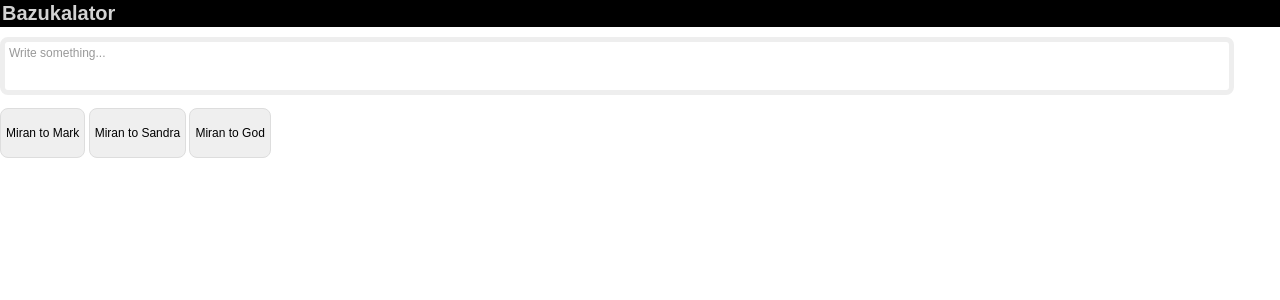
Repository: mbadzak/bazukalator
Page: Bazukalator/assets/www/index.html
The author's editor kept a copy of each file at every save. The page is drawn from the files as they stood at one save, then again after the next save.
The browser window is 1280 px wide. The pictures show the whole page.

Above is the page before, as saved 2012-10-14 06:00:05.

### Bazukalator/assets/www/index.html
<!DOCTYPE HTML>
<html>
<head>
<title>Hello World</title>
<script type="text/javascript" charset="utf-8" src="cordova-2.1.0.js"></script>
<script type="text/javascript" src="jquery.min.js"></script>
<script type="text/javascript" src="jquery.autosize-min.js"></script>
<script type="text/javascript" src="utl.js"></script>

<link type="text/css" href="style.css" rel="stylesheet">
<style>
.lang_button {
  height: 50px;
  padding: 5px;
}
.post_box {
  padding: 5px;
  position: relative;
  top: 1px;
}
body {
  background-image: none;
}
.this_page {
  text-align: left;
  background-size: 100%;
  background-attachment: fixed;
  background-repeat: repeat-x;
}
</style>

</head>
<body>


<script type="text/javascript">
    var orig_text = "";
</script>
<div class="this_page">
  <div class="generic_heading" style="color: lightgray; background: black; padding: 2px;">
    Bazukalator
  </div>
  <div style="margin-top: 10px; text-align: left;">
    <textarea name="msg"
              id="msg"
              onFocus="utl_clear_text_field(this, 'Write something...');"
              class="generic_box"
              style="width: 95%; height: 40px; border: 5px solid #eeeeee; z-index: 1;"
              autocomplete="off">Write something...</textarea>
  </div>
  <div style="margin-top: 10px;">
    <input type="button"
           id="btn_submit1"
           class="lang_button"
           value="Miran to Mark">
    <input type="button"
           id="btn_submit2"
           class="lang_button"
           value="Miran to Sandra">
    <input type="button"
           id="btn_submit3"
           class="lang_button"
           value="Miran to God">
  </div>

  <div id="post" style="margin: 20px 0px 0px 5px; text-align: left; display: none; ">
    <div style="float: left; clear: both; width: 50%; font-size: 11px;">
      <input type="radio"
           id="post_facebook"
           class="post_box"
           checked="checked"
           value="Post to Facebook">
           <img class="button_img img_norad" src="img/fb-icon.png" width="15" height="15">
           Facebook
    </div>
    <div style="float: left; width: 50%; font-size: 11px;">
      <input type="radio"
           id="post_twitter"
           class="post_box"
           checked="checked"
           value="Post to Facebook">
           <img class="button_img img_norad" src="img/twitter-icon.png" width="15" height="15">
           Twitter
    </div>
  </div>
  <div id="post2" style="display: none; margin-top: 55px; margin-left: 0px;">
      <input type="button" value="Post" style="padding: 5px;">
  </div>
</div>
<script type="text/javascript">
    $("#btn_submit1").click(function() { submit(1); });
    $("#btn_submit2").click(function() { submit(2); });
    $("#btn_submit3").click(function() { submit(3); });

    function submit(lang) {
        if (orig_text == "")
            orig_text = $("#msg").val();

        var req = orig_text;
        if (req == "")
            return;

        $.post("http://localhost:8080/index.php/translator/svc",
              { req: req, lang: lang },
              function(data) {
             	$("#msg").val(data);
                $("#post").css("display", "block");
                $("#post2").css("display", "block");
              }
        );
    }

    function reset()
    {
    	$('#msg').val('');
        orig_text = "";
        $("#post").css("display", "none");
        $("#post2").css("display", "none");
    }

</script>

</body>
</html>

### Bazukalator/assets/www/jquery.autosize-min.js
// Autosize 1.7 - jQuery plugin for textareas
// (c) 2011 Jack Moore - jacklmoore.com
// license: www.opensource.org/licenses/mit-license.php
(function(a,b){var c="hidden",d='<textarea style="position:absolute; top:-9999px; left:-9999px; right:auto; bottom:auto; box-sizing:content-box; word-wrap:break-word; height:0 !important; min-height:0 !important; overflow:hidden">',e=["fontFamily","fontSize","fontWeight","fontStyle","letterSpacing","textTransform","wordSpacing"],f="oninput",g="onpropertychange",h=a(d)[0];h.setAttribute(f,"return"),a.isFunction(h[f])||g in h?a.fn.autosize=function(b){return this.each(function(){function p(){var a,b;m||(m=!0,j.value=h.value,j.style.overflowY=h.style.overflowY,j.style.width=i.css("width"),j.scrollTop=0,j.scrollTop=9e4,a=j.scrollTop,b=c,a>l?(a=l,b="scroll"):a<k&&(a=k),h.style.overflowY=b,h.style.height=h.style.minHeight=h.style.maxHeight=a+o+"px",setTimeout(function(){m=!1},1))}var h=this,i=a(h).css({overflow:c,overflowY:c,wordWrap:"break-word"}),j=a(d).addClass(b||"autosizejs")[0],k=i.height(),l=parseInt(i.css("maxHeight"),10),m,n=e.length,o=i.css("box-sizing")==="border-box"?i.outerHeight()-i.height():0;l=l&&l>0?l:9e4;while(n--)j.style[e[n]]=i.css(e[n]);a("body").append(j),g in h?f in h?h[f]=h.onkeyup=p:h[g]=p:h[f]=p,a(window).resize(p),i.bind("autosize",p),p()})}:a.fn.autosize=function(){return this}})(jQuery);

### Bazukalator/assets/www/utl.js
String.prototype.trim = function() {
    return this.replace(/^\s+|\s+$/g, "");
};
String.prototype.trim_newline = function() {
	return this.replace(/(\r\n|\n|\r)/gm,"");
};

/*
 * utl_clear_text_field
 * IN	field	field to clear
 */
function utl_clear_text_field(field, init_value) {
	if (field.value.toString() == init_value.toString())
		field.value = "";
	field.style.color = "#000000";
	field.style.background = "#FFFFFF";
}

function utl_clear_text_field_id(id, init_value)
{
	var field = document.getElementById(id);
	return utl_clear_text_field(field, init_value);
}

function utl_clear_password_field(disp_p, real_p) {
	var dp = document.getElementById(disp_p);
	var rp = document.getElementById(real_p);
	dp.style.display = "none";
	rp.style.display = "inline";

	rp.focus();
}

function utl_reset_password_field(disp_p, real_p) {
	var dp = document.getElementById(disp_p);
	var rp = document.getElementById(real_p);
	if (rp.value == "") {
		dp.style.display = "inline";
		rp.style.display = "none";
		dp.value = "Password";
	}
}

function utl_reset_text_field(field, value) {
	if (field.value == "") {
		field.value = value;
		field.style.color = "#999999";
	}
}

function utl_focus(id)
{
	var elem = document.getElementById(id);
	elem.focus();
}

function utl_is_int(a)
{
	return parseInt(a, 10) === a;
}
function utl_handle_enter(field, event)
{
	if (event.keyCode == 13) {
		$(field).closest('form').submit();
		return false;
	}
	return true;
}

/**
 * @deprecated use jquery plugin instead
 * @param field
 * @param event
 * @param max_per_line
 */
function utl_expand_texarea_as_you_go(field, event, max_per_line)
{
	var chars = field.value.length;
	var rows = chars / max_per_line;
	var newline_count;
	var total_size = 18;
	var modified = false;

	if (chars == 0) return;

	newline_count = (field.value.split('\n')).length - 1;

	if (utl_is_int(rows))
	{
		total_size += (rows * 12);
		modified = true;
	}

	if (newline_count > 0) {
		total_size += (newline_count * 16);
		modified = true;
	}

	if (modified)
		field.style.height = total_size + "px";
}

/*
 * utl_toggle_visibility
 * IN	field	field to clear
 */
function utl_toggle_visibility(field) {
	var fl = document.getElementById(field);
	fl.style.display = (fl.style.display == "block") ? "none" : "block";
}

/*
 * utl_toggle_visibility
 * IN	field	field to show
 */
function utl_show_field(field) {
	var fl = document.getElementById(field);
	if (fl == null)
		return;
	fl.style.display = "block";
}

function utl_hide_field(field) {
	var fl = document.getElementById(field);
	if (fl == null)
		return;
	fl.style.display = "none";
}

function utl_show_obj(obj)
{
	obj.style.display = "block";
}
function utl_hide_obj(obj)
{
	obj.style.display = "none";
}


function generate_uuid()
{
	/* credit: http://stackoverflow.com/questions/105034/how-to-create-a-guid-uuid-in-javascript */
	var uuid = 'xxxxxxxx-xxxx-4xxx-yxxx-xxxxxxxxxxxx'.replace(/[xy]/g, function(c) {
	    var r = Math.random()*16|0, v = c == 'x' ? r : (r&0x3|0x8);
	    return v.toString(16);
	});

	return uuid;
}

### Bazukalator/assets/www/style.css
* {
	font-family: Arial, Geneva, Helvetica, sans-serif;
	font-size: 12px;
	outline-width: 0px;
}
body {
 	margin: 0px;
 	text-align: center;
}
textarea {
	resize: none;
}
textarea, select,
input {
	border: 1px solid #DDD;
	-moz-border-radius: 8px;
  	-webkit-border-radius: 8px;
  	border-radius: 8px;
  	behavior: url(../../../pie/PIE.php);
}
select {
	border: 1px solid #DDD;
}

.browse_image_button,
.generic_button,
.generic_button_cancel,
.loginbutton {
	font-size: 12px;
	background-color: #22370B;
	color: #FFFFFF;
	text-decoration: none;
	padding: 4px 6px 4px 6px;
	border: 0px none;
	font-weight: bold;
	width: auto;
	overflow: visible;
	margin: 0px 0px 0px 0px;
	cursor: default;

	-moz-border-radius: 8px;
  	-webkit-border-radius: 8px;
  	border-radius: 8px;
  	behavior: url(../../../pie/PIE.php);

  	cursor: pointer;
}
.generic_button:hover {
	background-color: #6EA000;
}
.generic_button_cancel:hover {
	background-color: #ffffff;
}
<!--[if IE]>
<style>
.browse_image_button,
.generic_button,
.generic_button_cancel,
.loginbutton {
    width: 0px;
}
</style>
<![endif]-->

.loginbutton {
	width: 30px;
	padding: 0px;
}
.generic_button_cancel {
	color: #000000;
	background-color: #EFF5ED;
}
.browse_image_button {
	background-color: transparent;
	color: #000000;
	border: thin solid #20862F;
	height: 20px;
}

.generic_box,
.generic_box_blank,
.stallboxpost,
.stallboxpostreply,
.searchbox,
.loginbox,
.loginbox_selected {
	font-size: 12px;
	border: 1px solid #DDD;
	padding: 4px;
	margin: 0px;
	color: #999999;
}
.generic_box_blank {
	color: #000000;
}
.loginbox_selected {
	color: #000000;
}
.searchbox {
	border: 0px none;
	width: 135px;
}

.line {
	border-top-width: 1px;
	border-top-style: solid;
	border-top-color: #20862F;
}
.footer {
	clear: both;
	color: white;
	font-size: 12px;
}

.change_picture_link,
.more_teams_link,
.more_games_link,
.vertical_menu_link {
	text-decoration: none;
	border: 0px none;
	font-weight: bold;
	cursor: pointer;
}
.menu_link {
	cursor: pointer;
	padding: 10px;
	bottom: +10px;
	position: relative;
	font-weight: bold;
}
.more_games_link,
.more_teams_link {
	color: #1B7027;
}
.more_games_link {
	margin-bottom: 20px;
}
.vertical_menu_link {
	width: 150px;
	float: left;
}
.change_picture_link {
	font-size: 10px;
	width: 95px;
}
.field_name {
	font-size: 12px;
	color: #000000;
}
.home_sport_listing {
	font-size: 12px;
	color: #000000;
	font-weight: none;
}
.generic_heading,
.user_heading {
	font-size: 20px;
	font-weight: bold;
}

.generic_subheading,
.item_descriptor,
.team_subheading,
.user_subheading {
	font-size: 12px;
	font-weight: bold;
	color: #777777;
}
.user_subheading {
	font-size: 14px;
}
.menu_item_img {
	position:relative;
	bottom:-3px;
	left: -2px;

}
.menu_item {
	padding-left: 10px;
	padding-right: 10px;
	padding-top: 4px;
	padding-bottom: 4px;
	float: left;
	-moz-border-radius: 8px;
	-webkit-border-radius: 8px;
	border-radius: 8px;
	behavior: url(../../../pie/PIE.php);
}
.button_img {
	position:relative;
	bottom:-2px;
	left: -0px;
}
h3,
h1 {
	font-size: 18px;
	font-weight: bold;
}
h3 {
	color: #CCCCCC;
}
h2 {
	font-size: 12px;
}
.small_instructions {
	font-size: 10px;
	color: gray;
}

.team_standings_entry_small {
	font-size: 10px;
	color: #777777;
	font-weight: normal;
}
.stall {
	border-top-width: 0;
	/* border-right-width: thin; */
	border-top-style: solid;
	/* border-right-style: solid; */
	border-top-color: #CCCCCC;
	border-left-width: 0;
	border-left-style: solid;
	border-left-color: #CCCCCC;
}
.league_stats {
	border-top-width: 0px;
	/* border-right-width: thin; */
	border-top-style: solid;
	/* border-right-style: solid; */
	border-top-color: #CCCCCC;
	/* border-right-color: #CCCCCC; */
}
.team_standings_heading,
.team_standings_entry {
	font-size: 12px;
	text-align: center;
}
.team_standings_heading {
	font-weight: bold;
	float: left;
	width:40px;
	height:30px;
}

/*
 * Team and league display headings
 */
.team_upcoming_heading,
.team_results_heading {
	font-weight: bold;
	width: 420px;
	height: 20px;
	clear: both;
	margin-bottom: 5px;
	font-size: 14px;
	text-align: center;
}

.team_results_entry,
.team_upcoming_entry {
	font-size: 12px;
	width: 181px;
	float: left;
}

.team_upcoming_vs {
	font-weight: bold;
	font-size: 18px;
	width: 58px;
	float: left;
	position: relative;
	bottom: +5px;
}
.team_results_score {
	font-weight: bold;
	font-size: 18px;
	width: 25px;
	position: relative;
	bottom: +4px;
}

.team_standings_rank {
	font-weight: bold;
	font-size: 18px;
	clear: both;
	float: left;
	width: 30px;
	height: 30px;
	position: relative;
	bottom: +3px;
}

.team_standings_rank_small {
	font-weight: bold;
	font-size: 10px;
	bottom: 0px;
	clear: both;
	float: left;
	width: 30px;
	height: 30px;
	position: relative;
	top: 2px;
	color: gray;
}

.team_results_info,
.team_upcoming_info_att,
.team_upcoming_info {
	font-size: 10px;
	width: 420px;
}
.team_upcoming_info_att {
	margin: 0px auto;
	clear: both;
	margin-top: 5px;
	text-align: center;
}

/* **************************** */

.stallboxpost,
.stallboxpost_selected {
	border: 0px solid #DDDDDD;
	color: #666666;
	width: 473px;
    height: 15px;
    background: #EFF5ED;
}
.stallboxpost_selected {
	border: 4px solid #EFF5ED;
	width: 407px;
	font-size: 12px;

	-moz-border-radius: 8px;
	-webkit-border-radius: 8px;
	border-radius: 8px;
	behavior: url(../../../pie/PIE.php);

    background: #EFF5ED !important;

    overflow: hidden;
}
.stallboxpostreply,
.stallboxpostreply_selected {
	border: 0px;
	width: 100px;
	height: 15px;
	background: transparent;
	font-size: 11px;
	margin-left: 310px;
}
.stallboxpostreply_selected {
	width: 372px;
	border: 4px solid #EFF5ED;
	margin-left: 0px;
	-moz-border-radius: 8px;
	-webkit-border-radius: 8px;
	border-radius: 8px;
	behavior: url(../../../pie/PIE.php);

	background: #EFF5ED !important;

	overflow: hidden;

	margin-bottom: 10px;
}
#stallboxpost_thumb {
	width: 60px;
	float: left;
	display: none;
}

.stallpostreply,
.stallpost {
	background-color: #EFF5ED;
	text-align: left;

	-moz-border-radius: 8px;
	-webkit-border-radius: 8px;
	border-radius: 8px;
	behavior: url(../../../pie/PIE.php);
}
.stallpostreply_entry_hidden,
.stallpostreply_entry {
	clear: both;
	padding-top: 3px;
	padding-left: 60px;
}
.stallpostreply_entry_hidden {
	display: none;
}
.stallpostreply_entry_show {
	clear: both;
	padding: 2px;
	margin: 0px 0px 8px 60px;
	-moz-border-radius: 8px;
	-webkit-border-radius: 8px;
	border-radius: 8px;
	behavior: url(../../../pie/PIE.php);
	background: #EFF5ED;
	text-align: center;
	font-size: 10px;
	font-weight: bold;
	width: 150px;
	cursor: pointer;
	color: #1B7027;
}
.stallpostreply_entry_reply {
	clear: both;
	padding: 2px;
	margin: 0px 0px 8px 60px;
	-moz-border-radius: 8px;
	-webkit-border-radius: 8px;
	border-radius: 8px;
	behavior: url(../../../pie/PIE.php);
	background: #EFF5ED;
	text-align: center;
	font-size: 10px;
	font-weight: bold;
	width: 100px;
	cursor: pointer;
	color: #1B7027;
}

.miran {
	background: #EFF5ED !important;
	text-align: left;
	height: 25px;
	float: left;
	clear: both;
	margin-bottom: 10px;
	padding-top: 10px;

	-moz-border-radius: 8px;
	-webkit-border-radius: 8px;
	border-radius: 8px !important;
	behavior: url(../../pie/PIE.php) !important;
}
.stallpostreply {
	float: left;
	padding: 1px 8px 1px 8px;
	width: 356px;
	border-top-width: 0px;
	background: none;
}
.stallpost {
	float: left;
	padding: 3px 12px 3px 12px;
	width: 396px;
	margin-bottom: 5px;
}

.stallpost_delete {
	bottom: 0px;
	color: #FFFFFF !important;
	background: #22370B;
	padding: 0px 2px 0px 2px;
	margin-left: 8px;
	position: relative;
	left: 12px;
	-moz-border-radius: 8px;
	-webkit-border-radius: 8px;
	border-radius: 8px !important;
	behavior: url(../../pie/PIE.php) !important;
}

.stall_message_body_reply,
.stall_message_body {
	font-size: 11px;
	padding-top: 5px;
	padding-bottom: 5px;
	padding-right: 5px;
	width: 400px;
	overflow: hidden;
}
.stall_message_body_reply {
	width: 380px;
	padding-top: 0px;
}
.stall_message_descriptor_main,
.stall_message_descriptor {
	font-size: 10px;
	color: #777777;
	margin-bottom: 4px;
}
.stall_message_descriptor_main {
	float: left;
	position: relative;
	margin-right: 10px;
	top: +2px;
}
#stall_write_first {
	float: left;
	clear: both;
	position: relative;
	bottom: +4px;
}

.tab_first,
.tab_first_inactive {
	float: left;
	font-size: 13px;
	font-weight: bold;
	color: #FFFFFF;
	background-color: #385C12;
	padding-left: 14px;
	padding-right: 14px;
	padding-top: 4px;
	padding-bottom: 4px;
	margin-left: 8px;
	margin-right: 8px;
	text-align: center;
	vertical-align: middle;
	cursor: pointer;
	-moz-border-radius: 8px;
  	-webkit-border-radius: 8px;
  	border-radius: 8px;
  	behavior: url(../../../pie/PIE.php);
}
.tab_first_inactive {
	background-color: #EFF5ED;
	color: #000000;
}
.tab_menus {
	float: left;
	clear: both;
	padding-top: 5px;
}

.link,
a {
	font-weight: bold;
	color: #1B7027;
	text-decoration: none;
}

.name_link {
	color: #FFFFFF;
	text-decoration: none;
}
.off_link {
	color: #FFFFFF;
	text-decoration: none;
}

.error_text {
	color: #F33C21;
	font-weight: bold;
}

#error {
	color: #F33C21;
	font-weight: bold;
	padding: 10px;
	display: none;
}
#error_check {
	text-align: left;
	padding: 10px;
	background: #fff;
}
.notification,
#notification {
	color: #000000;
	margin: 0px auto;
    text-align: center;
    background: #FFFFB2;
    padding: 10px;
	-moz-border-radius: 8px;
  	-webkit-border-radius: 8px;
  	border-radius: 8px;
  	behavior: url(../../../pie/PIE.php);
}
#info {
	color: #000000;
}
form {
	margin: 0px;
	border: 0px;
}
.footer_text{
	color: #ffffff;
	font-size: 10px;
}
textarea {
	overflow: auto;
}

img {
	border-style: none;
	-moz-border-radius: 8px;
  	-webkit-border-radius: 8px;
  	border-radius: 8px;
  	behavior: url(../../../pie/PIE.php);
}
.img_norad {
	-moz-border-radius: 0px;
  	-webkit-border-radius: 0px;
  	border-radius: 0px;
  	behavior: url(../../../pie/PIE.php);
}

#main_container {
	clear: both;
	width: 960px;
	margin: auto;
}

#forgot_password {
	margin-top: 5px;
}


/************ manage forms ************/
.pref_page {
	margin: 0 auto;
	text-align: left;
	width: 960px;
}
.pref_left {
	width: 220px;
	clear: both;
	float: left;
	height: 50px;
	padding-right: 30px;
	text-align: right;
}
.pref_right {
	width: 679px;
	float: left;
	border-left-color: #DDDDDD;
	border-left-style: solid;
	border-left-width: 1px;
	padding: 5px 0px 0px 30px;
	text-align: left !important;
}
.pref_left_heading {
	float: right;
	clear: both;
	font-size: 18px;
	font-weight: bold;
	text-align: left !important;
}
.pref_left_subheading {
	float: right;
	clear: both;
	font-size: 16px;
	margin-top: 25px !important;
	text-align: left !important;
}
#pref_manage_heading {
	margin-bottom: 25px;
	float: left;
	clear: both;
	width: 177px;
	font-size: 14px;
	font-weight: bold;
	text-align: left;
	cursor: pointer;
}
#pref_manage_subheading {
	margin-bottom: 25px;
	float: left;
	color: gray;
	width: 380px;
	font-size: 10px;
	text-align: left;
	cursor: pointer;
	position: relative;
	top: +2px;
}
#pref_manage_entry {
	float: left;
	clear: both;
	width: 679px;
	text-align: left;
}
#pref_manage_entry_img {
	float: left;
	width: 25px;
	text-align: left;
}
#pref_manage_entry_label {
	float: left;
	font-size: 12px;
	width: 150px;
	position: relative;
	top: +3px;
	text-align: left;
}
#pref_manage_entry_content {
	float: left;
	width: 500px;
	text-align: left;
}
#pref_manage_buttons {
	float: left;
	clear: both;
	width: 520px;
	padding-left: 178px;
	margin-top: 15px;
	margin-bottom: 20px;
    text-align: left;
}
#pref_manage_buttons_left {
	float: left;
	clear: both;
}
#pref_group1,
#pref_group2,
#pref_group3,
#pref_group4
{
	display: none;
}
#pref_group_visible
{
	display: block;
}

.pref_error {
	width: 580px;
	border-left-width: 1px;
	border-left-style: solid;
	border-left_color: red;
}

.shadow {
  -moz-box-shadow:    10px 10px 10px 0px #eee;
  -webkit-box-shadow: 10px 10px 10px 0px #eee;
  box-shadow:         10px 10px 10px 0px #eee;
}
.new_left {
	float: left;
	clear: both;
}

/* Search */
.search_page {
	width: 960px;
	min-height: 400px;
	margin: 0 auto;
	text-align: center;
}
.search_column {
	width: 250px;
	float: left;
	margin-right: 40px !important;
}
.search_column_header {
	width: 250px;
	font-size: 16px;
	font-weight: bold;
	margin-bottom: 15px;
	text-align: left;
}
.search_column_entry {
	width: 250px;
	float: left;
	clear: both;
	height: 40px;
}
.search_column_entry_img {
	width: 40px;
	float: left;
	clear: both;
	padding-right: 5px;
}
.search_column_entry_text {
	width: 205px;
	float: left;
	text-align: left;
	position: relative;
	top: +6px;
}

/* join boxes */
.join_box {
	width: 240px;
	float: right;
	background: #EFF5ED;
	padding: 20px;
	margin-top: 10px;
	-moz-border-radius: 8px;
	-webkit-border-radius: 8px;
	border-radius: 8px;
	behavior: url(../../../pie/PIE.php);
}
.join_header {
	margin: 0px both;
	clear: both;
	text-align: left;
	font-weight: bold;
	font-size: 16px;
	margin-bottom: 15px;
}
.join_entry {
	float: left;
	clear: both;
	height: 30px;
	text-align: left;
}
.join_text {
	float: left;
	clear: both;
	width: 90px;
	position: relative;
	top: +5px;
	text-align: right;
	padding-right: 10px;
}
.join_input {
	float: left;
	width: 210px;
	text-align: left;
}

/* promo */
.promo_container {
	float: left;
	text-align: center;
	margin: 0px auto;
	padding: 10px;
	background: #6ea000;
	-moz-border-radius: 8px;
	-webkit-border-radius: 8px;
	border-radius: 8px;
	behavior: url(../../../pie/PIE.php);
	width: 150px;
	margin-top: 10px;
}
.promo_header {
	float: left;
	clear: both;
	padding: 8px;
 	width: 245px;
	font-size: 16px;
	margin: 50px 20px 8px 0px;
	text-align: left;
	background: #385C12;
	-moz-border-radius: 8px;
	-webkit-border-radius: 8px;
	border-radius: 8px;
	behavior: url(../../../pie/PIE.php);
	color: #FFFFFF;
}
.promo_header_strong {
	font-size: 16px;
	font-weight: bold;
}
.promo_entries {
	float: left;
	text-align: left;
}
.promo_entry {
	float: left;
	width: 639px;
	background: #EFF5ED;
	padding: 20px;
	margin-top: 40px;
	-moz-border-radius: 8px;
	-webkit-border-radius: 8px;
	border-radius: 8px;
	behavior: url(../../../pie/PIE.php);
}
.promo_entry_line1 {
	float: left;
	font-size: 16px;
	font-weight: bold;
	width: 100%;
	cursor: pointer;
}
.promo_entry_line2 {
	float: left;
	font-size: 15px;
	margin-top: 5px;
	width: 100%;
	display: none;
}
.promo_link {
	font-size: 14px;
}

/** other */
.plain_menu_item {
	float: left;
	clear: both;
	margin-top: 10px;
	padding: 5px;
	background: #EFF5ED;
	-moz-border-radius: 8px;
	-webkit-border-radius: 8px;
	border-radius: 8px;
	behavior: url(../../../pie/PIE.php);
}

.main_tag_line {
	-moz-border-radius: 8px;
  	-webkit-border-radius: 8px;
  	border-radius: 8px;
  	behavior: url(../../../pie/PIE.php);
  	padding: 10px;
  	width: 450px;
  	margin: 0px both;
  	clear: both;
  	text-align: center;
  	font-weight: bold;
  	font-size: 28px;
  	margin-bottom: 20px;
  	margin-top: 10px;
  	color: #ffffff;
  	background: #385c12;
}
.main_sport_name {
	width: 95px;
	padding: 3px;
	cursor: default;
   	-moz-border-radius: 8px;
  	-webkit-border-radius: 8px;
  	border-radius: 8px;
  	behavior: url(../../../pie/PIE.php);
	font-weight: bolder !important;
	font-size: 14px !important;
	position: absolute;
	top: 60px;
    left: 10px;
    color: #ffffff;
}
.main_sport_container {
	float: left;
	width: 120px;
	height: 100px;
	text-align: center;
	margin: 0px auto;
	position: relative;
	margin-top: 15px;
}

.attendance_control_main {
	-moz-border-radius: 8px;
	-webkit-border-radius: 8px;
	border-radius: 8px;
	behavior: url(../../../pie/PIE.php);
	width: 180px;
	background: #EFF5ED;
	text-align: center;
	margin: 0px auto;
	padding: 2px;
}

.popup_body {
	background-color: white;
	background: none !important;
}

.generic_page_thin,
.generic_page {
	-moz-border-radius: 8px;
  	-webkit-border-radius: 8px;
  	border-radius: 8px;
  	behavior: url(../../../pie/PIE.php);
  	background: #FFFFFF;
  	padding: 15px;
  	margin: 0px auto;
  	text-align: center;
}
.generic_page_thin {
	padding: 5px;
}

.connections_number {
	font-size: 20px;
}
.connections_desc {
	font-size: 12px;
	clear: both;
	font-weight: bold;
	color: gray;
}

.tsp_carousel {
	-moz-border-radius: 8px;
  	-webkit-border-radius: 8px;
  	border-radius: 8px;
  	behavior: url(../../../pie/PIE.php);

  	width: 930px;
  	height: 350px;
  	margin: 0px auto;
  	text-align: center;
  	padding: 15px;
}
.tsp_carousel_img {
	margin: 0px auto;
	text-align: center;
}

.hidden {
	display: none;
}

.principal_entry {
	float: left;
	width: 210px;
	height: 40px;
	text-align: left;
}
.principal_entry_img {
	float: left;
	clear: both;
	width: 40px;
	height: 40px;
}
.principal_entry_text {
	float: left;
	height: 40px;
	position: relative;
	top: +6px;
}

Loaded but not shown: Bazukalator/assets/www/cordova-2.1.0.js (library); Bazukalator/assets/www/jquery.min.js (library)

After the next save:
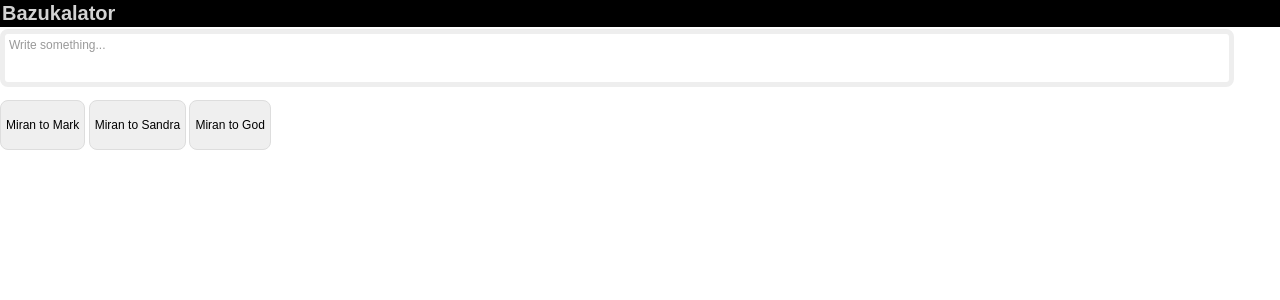
Saved 18 s later.
--- a/Bazukalator/assets/www/index.html
+++ b/Bazukalator/assets/www/index.html
@@ -40,7 +40,7 @@ body {
   <div class="generic_heading" style="color: lightgray; background: black; padding: 2px;">
     Bazukalator
   </div>
-  <div style="margin-top: 10px; text-align: left;">
+  <div style="margin-top: 2px; text-align: left;">
     <textarea name="msg"
               id="msg"
               onFocus="utl_clear_text_field(this, 'Write something...');"
